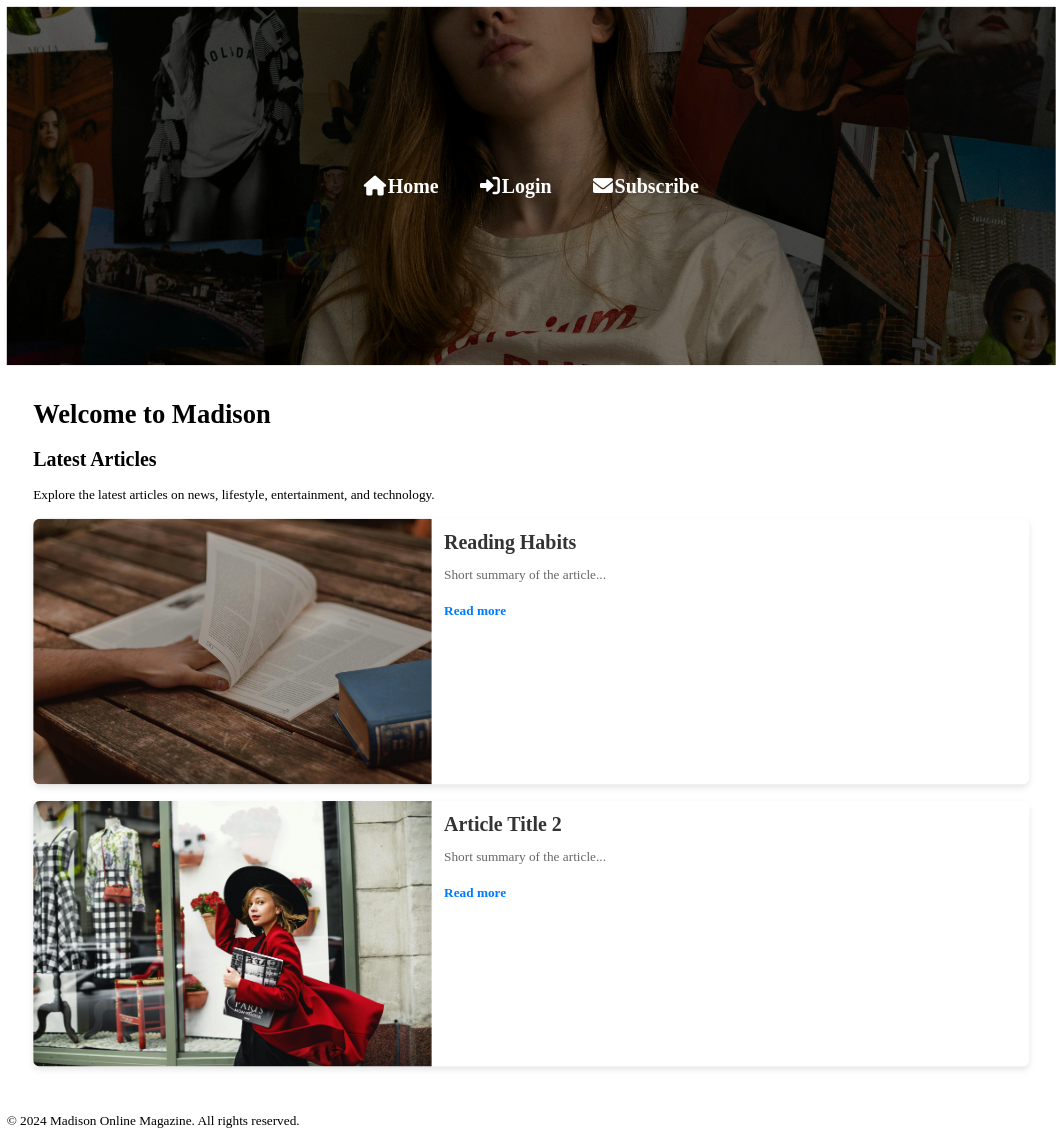
Repository: Anukb/Madison-Magazine-
Page: http://localhost/
The author's editor kept a copy of each file at every save. The page is drawn from the files as they stood at one save, then again after a run of saves.
The browser window is 1280 px wide. The pictures show the whole page, at 83% of full size.
The page is served by the project's application, run on Django 5.2 (manage.py).

Above is the page before, as saved 2024-08-13 06:48:51.

After the next 2 saves:
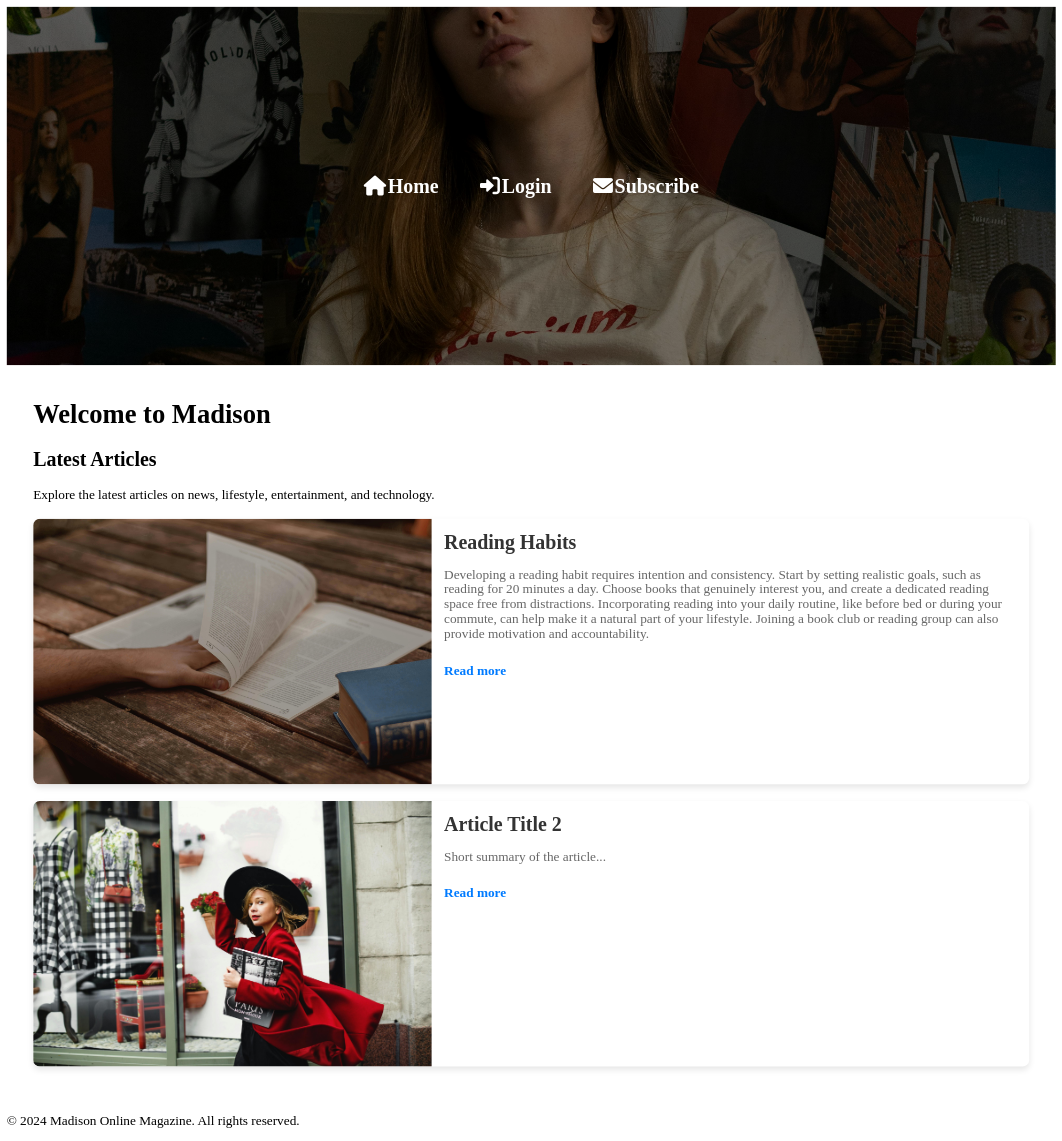
The 2 saves are shown as one change because they came seconds apart.
The last was saved 47 s later.
--- a/myapp/templates/home.html
+++ b/myapp/templates/home.html
@@ -36,7 +36,7 @@
                     <img src="{% static 'images/img2.jpg' %}" alt="Article 1 Image" class="card-img">
                     <div class="card-content">
                         <h3>Reading Habits</h3>
-                        <p>Short summary of the article...</p>
+                        <p>Developing a reading habit requires intention and consistency. Start by setting realistic goals, such as reading for 20 minutes a day. Choose books that genuinely interest you, and create a dedicated reading space free from distractions. Incorporating reading into your daily routine, like before bed or during your commute, can help make it a natural part of your lifestyle. Joining a book club or reading group can also provide motivation and accountability.</p>
                         <a href="#" class="read-more">Read more</a>
                     </div>
                 </div>
